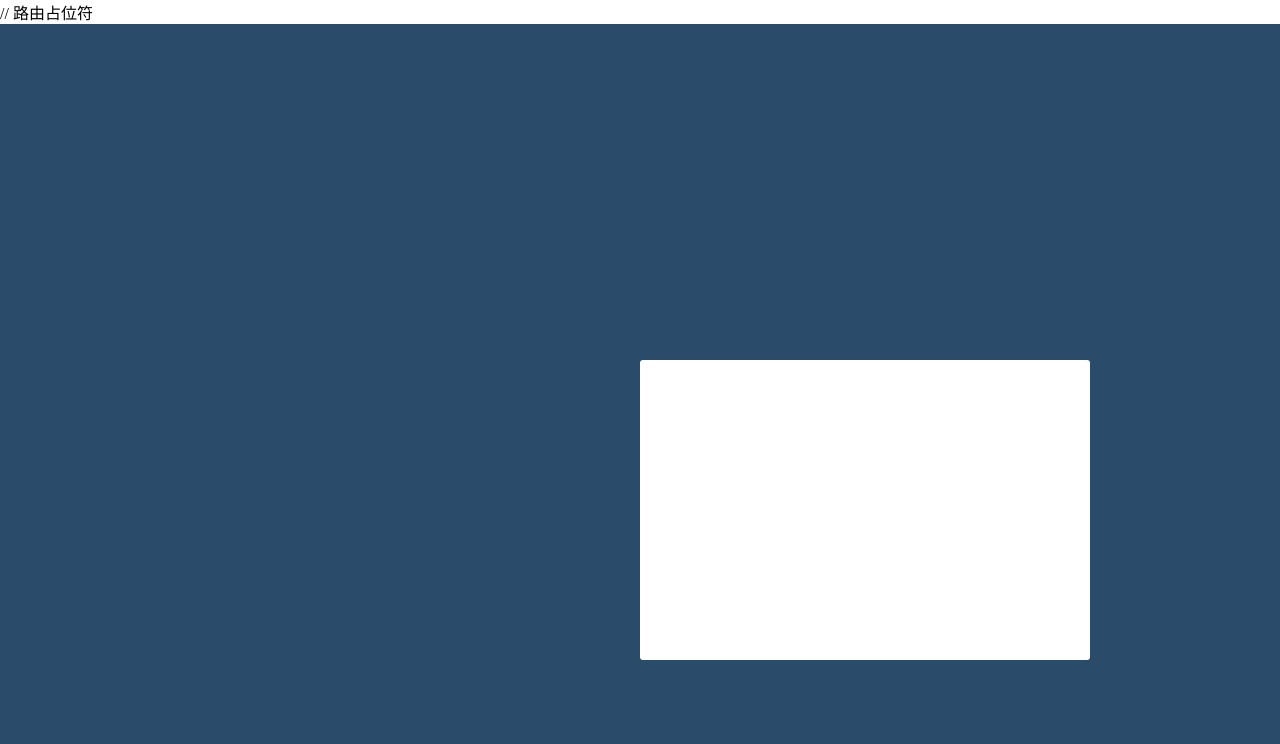
Repository: Japcy/onetwothree
Page: /
An editor plug-in stored every save of this project. The page is shown before and after the next save, followed by the edit.
The browser window is 1280 px wide. The pictures show the whole page.
The project was rebuilt for these pictures with package versions that can differ from the ones it lists, and the page was loaded fresh each time.

Above is the page before, as saved 2020-02-28 23:30:56.

### src/main.js
import Vue from 'vue'
import App from './App.vue'
import router from './router'
import './plugins/element.js'
// 导入全局样式表
import './assets/css/global.css'

Vue.config.productionTip = false

new Vue({
  router,
  render: h => h(App)
}).$mount('#app')

### src/App.vue
<template>
  <div id="app">
    // 路由占位符
    <router-view></router-view>
  </div>
</template>

<script>

export default {
  name: 'app',
  components: {
  }
}
</script>

<style>

</style>

### src/router/index.js
import Vue from 'vue'
import VueRouter from 'vue-router'
import Login from '../components/Login.vue'

Vue.use(VueRouter)

const routes = [
  {
    path: '/',
    redirect: '/login'
  },
  {
    path: '/login',
    component: Login
  }
]

const router = new VueRouter({
  routes
})

export default router

### src/components/Login.vue
<template>
  <div class="login">
    <div class="login-box"></div>
  </div>
</template>

<script type="text/ecmascript-6">
export default {
  name: 'login',
  data () {
    return {}
  },
  components: {},
  methods: {}
}
</script>

<style lang="less" scoped>
.login {
  background-color: #2b4b6b;
  height: 100%;
}
.login-box {
  width: 450px;
  height: 300px;
  background-color: #fff;
  border-radius: 3px;
  position: absolute;
  left: 50%;
  top: 50%;
  transform: translate(-50% -50%);
}
</style>

Loaded but not shown: public/index.html (common file); src/plugins/element.js (common file); src/assets/css/global.css (common file)

After the next save:
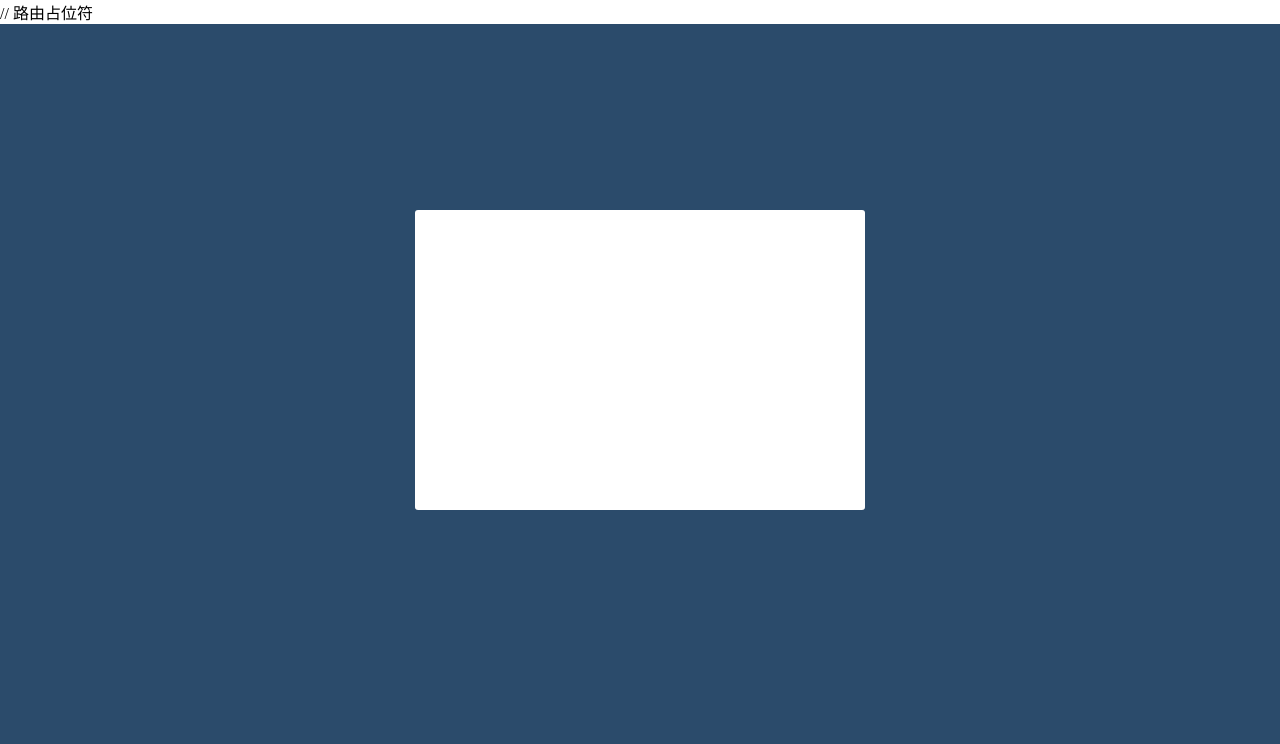
Saved 20 s later.
--- a/src/components/Login.vue
+++ b/src/components/Login.vue
@@ -28,6 +28,6 @@ export default {
   position: absolute;
   left: 50%;
   top: 50%;
-  transform: translate(-50% -50%);
+  transform: translate(-50%, -50%);
 }
 </style>
